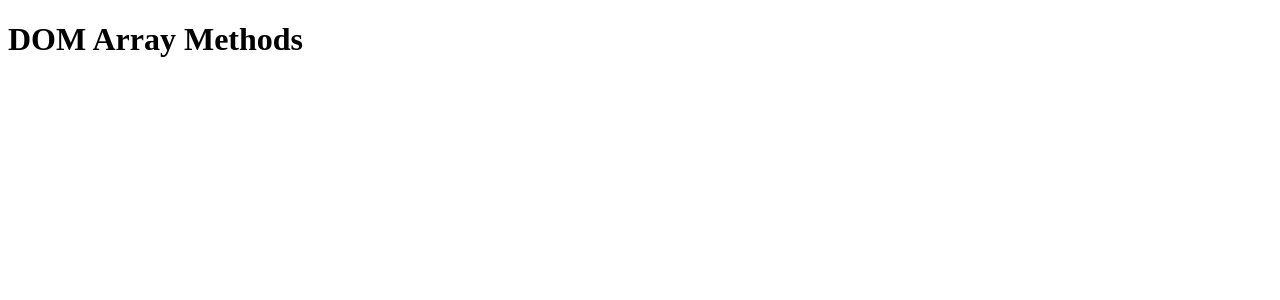
Repository: AbrorjonKuchkarov/DOM-Array-Methods
Page: index.html
An editor plug-in stored every save of this project. The page is shown before and after the next save, followed by the edit.
The browser window is 1280 px wide. The pictures show the whole page.

Above is the page before, as saved 2022-02-24 15:24:08.

After the next save:
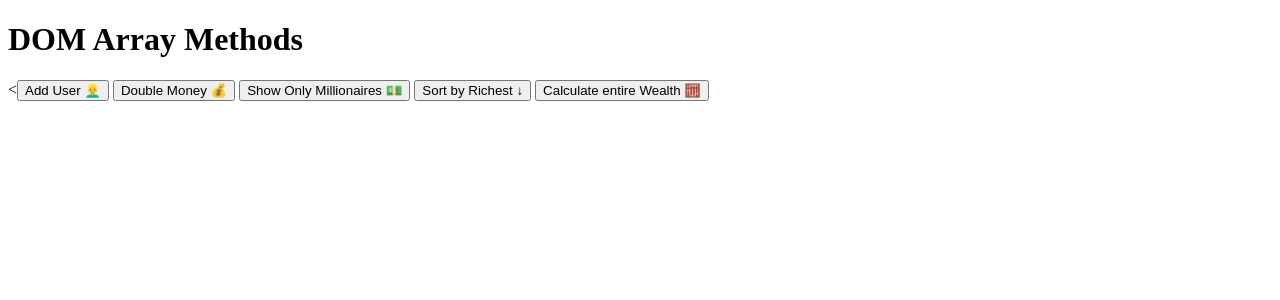
Saved 4 min 30 s later.
--- a/index.html
+++ b/index.html
@@ -9,6 +9,17 @@
 </head>
 <body>
    <h1>DOM Array Methods</h1>
+      <div class="container">
+         <aside class="btns">
+            <<button id="add-user">Add User 👱‍♂️</button>
+            <button id="double">Double Money 💰</button>
+            <button id="show-millionaires">Show Only Millionaires 💵</button>
+            <button id="sort">Sort by Richest ↓</button>
+            <button id="calculate-wealth">Calculate entire Wealth 🧮</button>
+         </aside>
+
+
+      </div>
 
 
 
